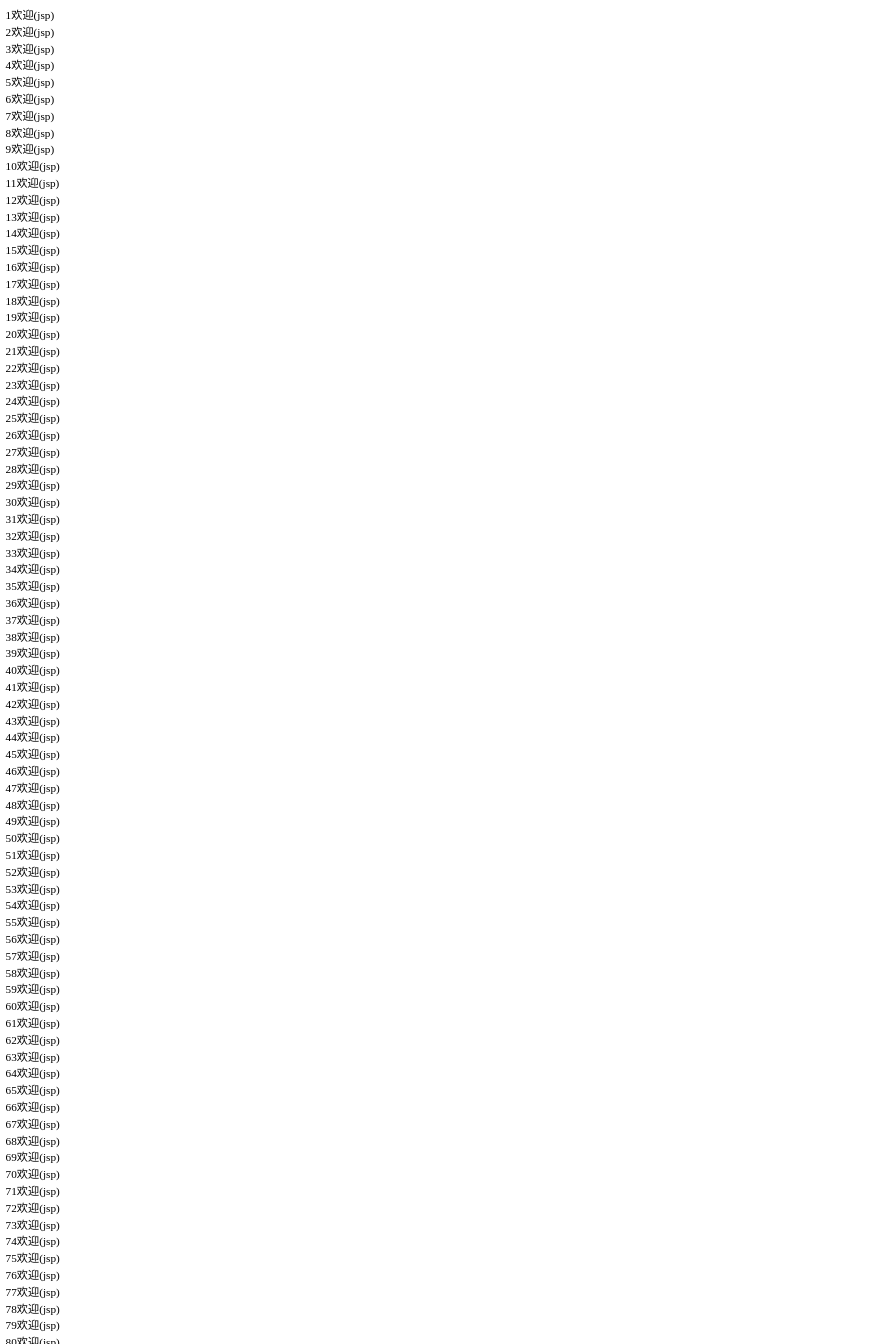
Repository: Matty-GCU/MyEclipse
Page: http://localhost/Java_Web_Learning/chapter04_JSP基本语法/homework/4.99hw1.jsp
The author's editor kept a copy of each file at every save. The page is drawn from the files as they stood at one save, then again after a run of saves.
The browser window is 1280 px wide. The pictures show the part of the page from y = 0 to 1920 px (the page is 4816 px tall), at 70% of full size.
The page is served by Tomcat 9.

Above is the page before, as saved 2021-09-21 16:51:53.

### Java_Web_Learning/WebRoot/chapter04_JSP基本语法/homework/4.99hw1.jsp
<%@ page language="java" contentType="text/html; charset=UTF-8"
    pageEncoding="UTF-8"%>
<!DOCTYPE html PUBLIC "-//W3C//DTD HTML 4.01 Transitional//EN" "http://www.w3.org/TR/html4/loose.dtd">
<html>
	<body>
		<%
			for(int i = 1; i <= 100; i++) {
				out.print(i + "欢迎(jsp)<br>");
			}
		%>
		<script type="text/javascript">
			for(var i = 1; i <= 100; i++) {
				document.writeln(i + "欢迎(js)<br>");
			}
		</script>
	</body>
</html>

After the next 2 saves:
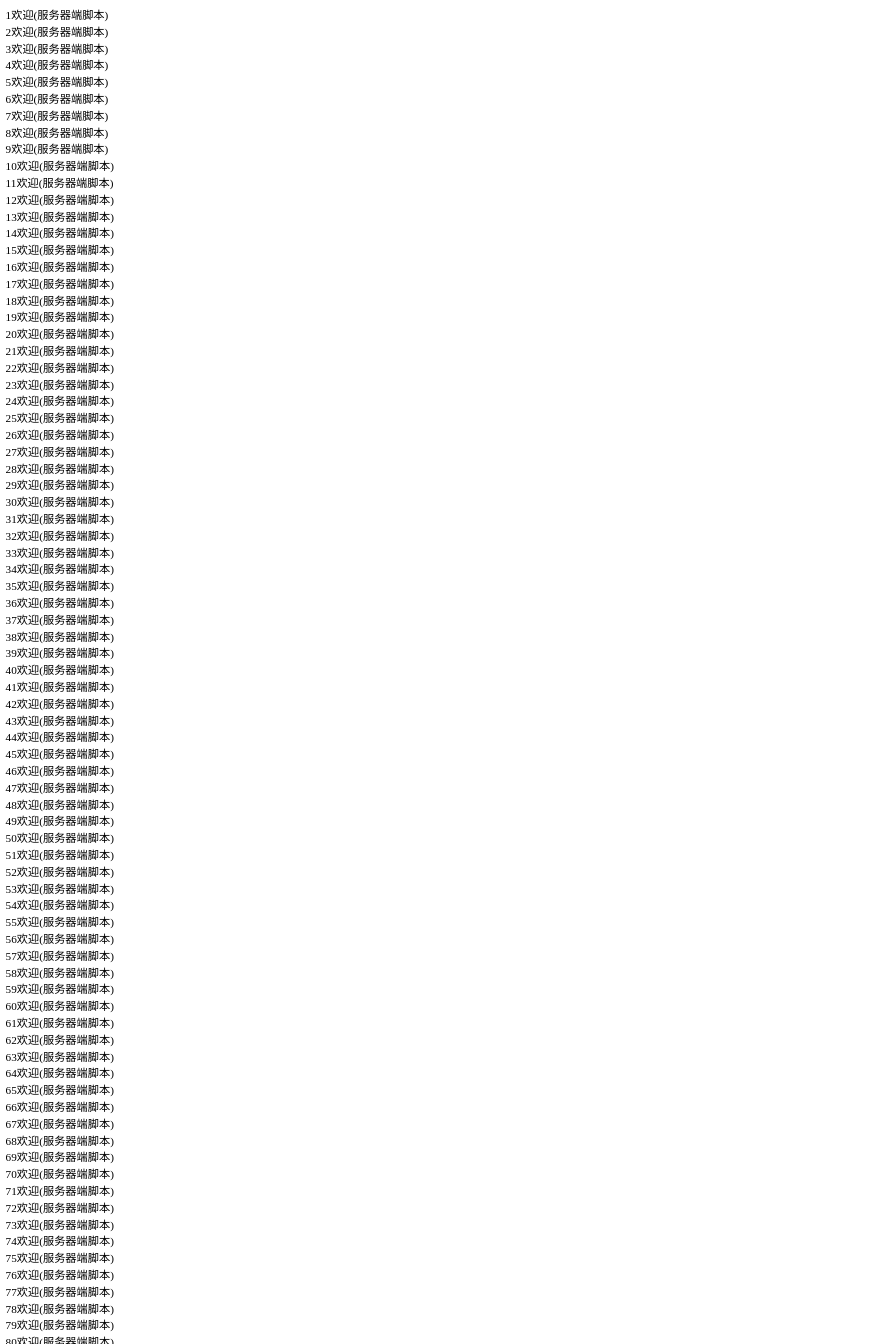
The 2 saves are shown as one change because they came seconds apart.
The last was saved 25 s later.
--- a/Java_Web_Learning/WebRoot/chapter04_JSP基本语法/homework/4.99hw1.jsp
+++ b/Java_Web_Learning/WebRoot/chapter04_JSP基本语法/homework/4.99hw1.jsp
@@ -5,12 +5,12 @@
 	<body>
 		<%
 			for(int i = 1; i <= 100; i++) {
-				out.print(i + "欢迎(jsp)<br>");
+				out.print(i + "欢迎(服务器端脚本)<br>");
 			}
 		%>
 		<script type="text/javascript">
 			for(var i = 1; i <= 100; i++) {
-				document.writeln(i + "欢迎(js)<br>");
+				document.writeln(i + "欢迎(客户端脚本)<br>");
 			}
 		</script>
 	</body>
